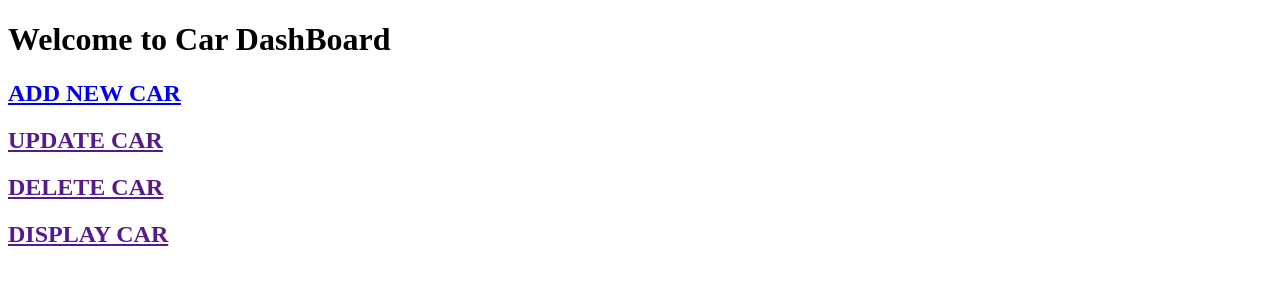
Repository: Dhirajkumar02/Advance-Java--J2EE-
Page: ServletProjecct_CarDB/src/main/webapp/index.html
The author's editor kept a copy of each file at every save. The page is drawn from the files as they stood at one save, then again after the next save.
The browser window is 1280 px wide. The pictures show the whole page.

Above is the page before, as saved 2024-11-14 11:42:18.

### ServletProjecct_CarDB/src/main/webapp/index.html
<!DOCTYPE html>
<html>
<head>
<meta charset="UTF-8">
<title>Insert title here</title>
</head>
<body>
<h1>Welcome to Car DashBoard</h1>
<h2>
<a href="AddCar.html">ADD NEW CAR</a>
</h2>

<h2>
<a href="">UPDATE CAR</a>
</h2>

<h2>
<a href="">DELETE CAR</a>
</h2>

<h2>
<a href="">DISPLAY CAR</a>
</h2>

</body>
</html>

After the next save:
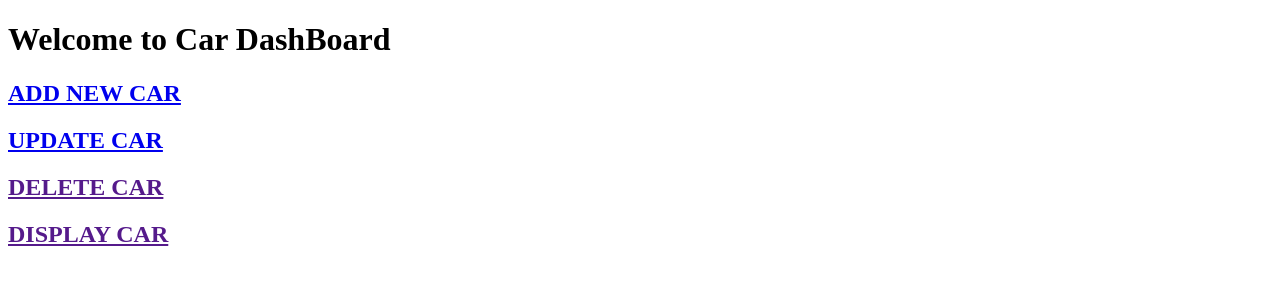
Saved 62 s later.
--- a/ServletProjecct_CarDB/src/main/webapp/index.html
+++ b/ServletProjecct_CarDB/src/main/webapp/index.html
@@ -11,7 +11,7 @@
 </h2>
 
 <h2>
-<a href="">UPDATE CAR</a>
+<a href="Udate.html">UPDATE CAR</a>
 </h2>
 
 <h2>
